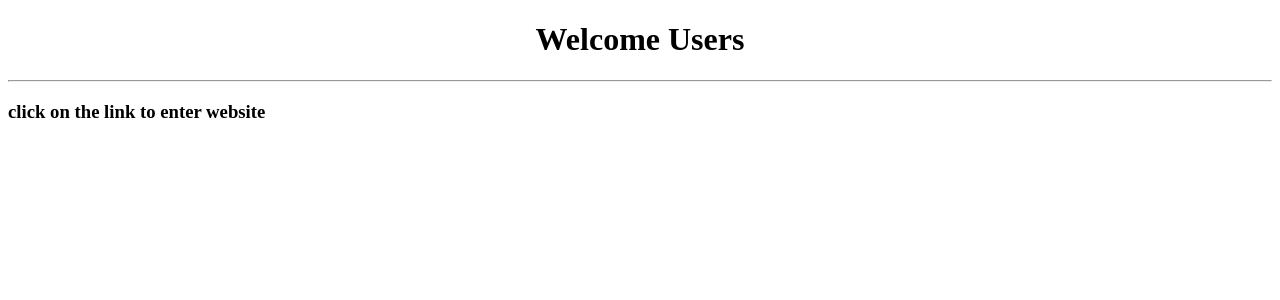
Repository: meet542/AdvanceJava
Page: http://localhost/Web-Project/
These files come from the project's save history. The page is drawn as it stood at one moment and after the next save; the edit follows.
The browser window is 1280 px wide. The pictures show the whole page.
The page is served by Tomcat 9.

Above is the page before, as saved 2026-08-21 12:48:02.

After the next save:
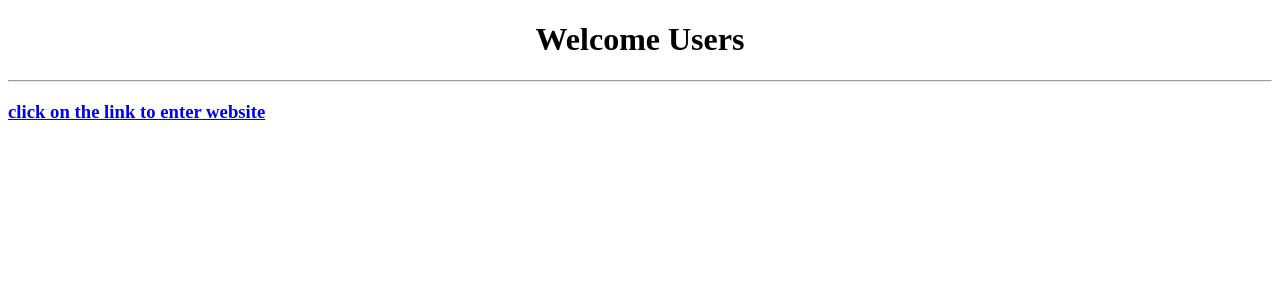
Saved 33 s later.
--- a/jspServlet-Workspace/Web-Project/src/main/webapp/index.jsp
+++ b/jspServlet-Workspace/Web-Project/src/main/webapp/index.jsp
@@ -9,6 +9,6 @@
 <body>
 	<h1 align = "center">Welcome Users</h1>
 	<hr>
-	<h3><a href = "WelcomeCtl"></a>click on the link to enter website</h3>
+	<h3><a href = "WelcomeCtl">click on the link to enter website</a></h3>
 </body>
 </html>
